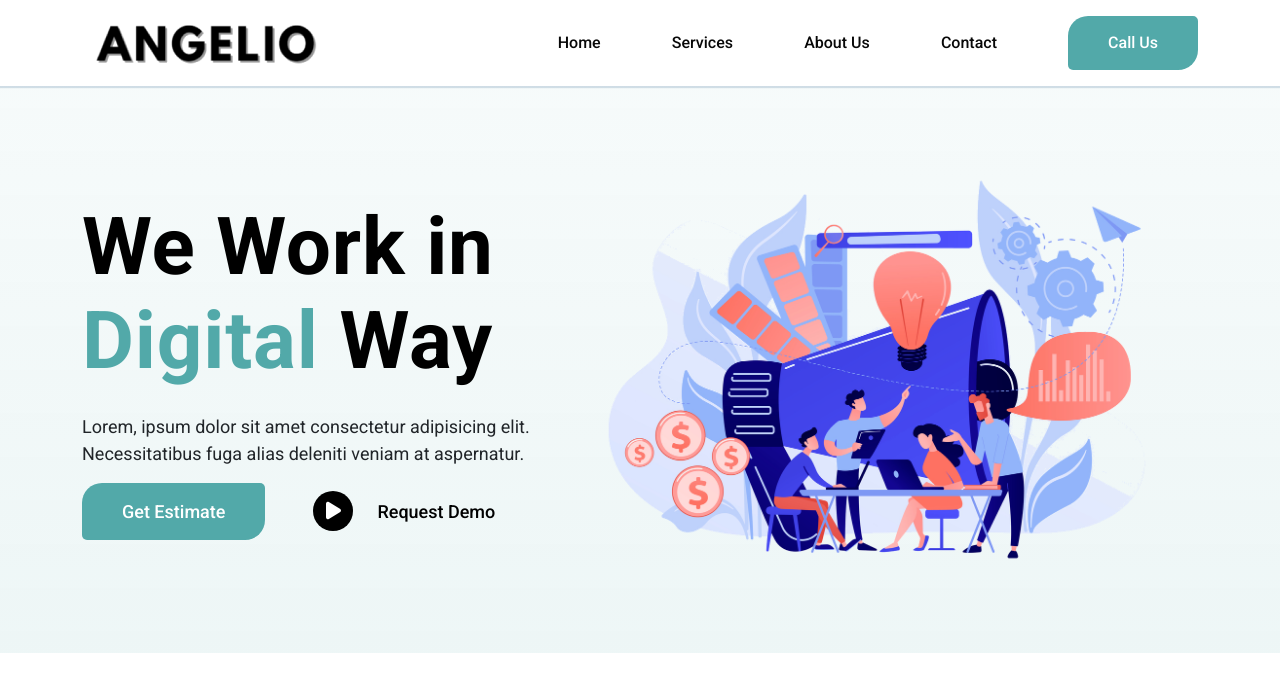
Repository: nazmulalok/landing-page-angelio
Page: index.html
An editor plug-in stored every save of this project. The page is shown before and after the next save, followed by the edit.
The browser window is 1280 px wide. The pictures show the whole page.

Above is the page before, as saved 2022-09-09 21:33:54.

### index.html
<!DOCTYPE html>
<html lang="en">

    <head>
        <meta charset="UTF-8">
        <meta http-equiv="X-UA-Compatible" content="IE=edge">
        <meta name="viewport" content="width=device-width, initial-scale=1.0">
        <title>Landing Page</title>
        <link rel="preconnect" href="https://fonts.googleapis.com">
        <link rel="preconnect" href="https://fonts.gstatic.com" crossorigin>
        <link rel="stylesheet" href="https://cdnjs.cloudflare.com/ajax/libs/font-awesome/6.2.0/css/all.min.css"
            integrity="sha512-xh6O/CkQoPOWDdYTDqeRdPCVd1SpvCA9XXcUnZS2FmJNp1coAFzvtCN9BmamE+4aHK8yyUHUSCcJHgXloTyT2A=="
            crossorigin="anonymous" referrerpolicy="no-referrer" />
        <link
            href="https://fonts.googleapis.com/css2?family=Roboto:ital,wght@0,300;0,400;0,500;0,700;0,900;1,300;1,400;1,500;1,700;1,900&display=swap"
            rel="stylesheet">
        <link href="https://cdn.jsdelivr.net/npm/bootstrap@5.2.0/dist/css/bootstrap.min.css" rel="stylesheet"
            integrity="sha384-gH2yIJqKdNHPEq0n4Mqa/HGKIhSkIHeL5AyhkYV8i59U5AR6csBvApHHNl/vI1Bx" crossorigin="anonymous">
        <link rel="stylesheet" href="style.css">
    </head>

    <body>
        <header>
            <nav>
                <div class="container">
                    <div class="row align-items-center">
                        <div class="col-lg-5">
                            <div class="logo">
                                <a href="/"><img src="images/angelio-logo.png" alt="Angelio Logo" width="250"
                                        height="66"></a>
                            </div>
                        </div>
                        <div class="col-lg-7 d-flex justify-content-end">
                            <ul>
                                <li><a href="/">Home</a></li>
                                <li><a href="/services.html">Services</a></li>
                                <li><a href="/about-us.html">About Us</a></li>
                                <li><a href="/contact.html">Contact</a></li>
                                <li class="nav-cta"><a href="tel:000-000-0000">Call Us</a></li>
                            </ul>
                        </div>
                    </div>
                </div>
            </nav>
        </header>
        <section class="sec-padding banner-sec">
            <div class="container">
                <div class="row align-items-center">
                    <div class="col-lg-7 order-lg-last">
                        <img src="images/angelio-digital-marketing.png" alt="">
                    </div>
                    <div class="col-lg-5">
                        <div class="large-heading">We Work in <span class="color-text">Digital</span> Way</div>
                        <p>Lorem, ipsum dolor sit amet consectetur adipisicing elit. Necessitatibus fuga alias deleniti
                            veniam at aspernatur.</p>
                        <div class="d-flex align-items-center"><a href="/contact-us" class="main-btn me-5">Get
                                Estimate</a>
                            <a href="/contact-us" class="play-btn"><i class="fas fa-play me-4"></i>Request Demo</a>
                        </div>
                    </div>
                </div>
            </div>
        </section>


        <script src="https://cdn.jsdelivr.net/npm/bootstrap@5.2.0/dist/js/bootstrap.bundle.min.js"
            integrity="sha384-A3rJD856KowSb7dwlZdYEkO39Gagi7vIsF0jrRAoQmDKKtQBHUuLZ9AsSv4jD4Xa"
            crossorigin="anonymous"></script>
    </body>

</html>

### style.css
:root {
    --primary-color: #52a9a9;
    --secondary-color: #000000;
    --main-font: 'Roboto', sans-serif;
}

body {
    font-family: var(--main-font);
}

nav {
    padding: 10px 0px;
    box-shadow: 0 1px 1px 1px #14477e2b;
}

nav ul {
    list-style-type: none;
    display: flex;
    justify-content: flex-end;
    margin: 0;
    padding: 0;
    align-items: center;
    gap: 20%;
    white-space: nowrap;
}

nav ul li a {
    color: #080808;
    text-decoration: none;
    display: block;
    position: relative;
    font-weight: 500;
}

nav ul li a:hover {
    color: #52a9a9;
}

li.nav-cta a {
    background: #008080ad;
    padding: 15px 40px;
    color: #fff;
    border-radius: 20px 5px;
    transition: all 0.3s ease;
}

li.nav-cta a:hover {
    background: #000;
    color: #fff;
    border-radius: 5px 20px;
    transition: all 0.3s ease;
}

li.nav-cta a:before {
    content: "";
    width: 0%;
    height: 0px;
    position: absolute;
    left: 0;
    bottom: 0;
    transition: none;
    transform: none;
    background: none;
    transform-origin: 0%;
}

li.nav-cta a:hover:before {
    transform: none;
    transform-origin: 0%;
}

nav ul li a:before {
    content: "";
    width: 100%;
    height: 2px;
    position: absolute;
    left: 0;
    bottom: 0;
    transition: 0.4s transform ease;
    transform: scale3d(0, 1, 1);
    background: #52a9a9;
    transform-origin: 100% 50%;
}

nav ul li a:hover::before {
    transform: scale3d(1, 1, 1);
    transform-origin: 0 50%;
}

.sec-padding {
    padding: 70px 0px;
}

.banner-sec {
    background-image: linear-gradient(rgb(82 169 169 / 5%), rgb(82 169 169 / 10%));
    background-size: cover;
    background-position: center;
}

.banner-sec img {
    width: 100%;
}

.large-heading {
    font-size: 80px;
    color: #000;
    font-weight: 600;
    letter-spacing: 0.8px;
    line-height: normal;
    margin-bottom: 25px;
}

.banner-sec p {
    font-size: 18px;
}

.color-text {
    color: var(--primary-color);
}

a.main-btn {
    color: #fff;
    background: #52a9a9;
    padding: 15px 40px;
    font-weight: 500;
    font-size: 18px;
    text-decoration: none;
    border-radius: 20px 5px;
    transition: all 0.3s ease;
}

a.main-btn:hover {
    background: #000;
    color: #fff;
    border-radius: 5px 20px;
    transition: all 0.3s ease;
}

a.play-btn {
    display: inline-flex;
    align-items: center;
    justify-content: center;
    color: #000;
    text-decoration: none;
    font-weight: 500;
    font-size: 18px;
}

.play-btn .fa-play {
    width: 40px;
    height: 40px;
    color: #fff;
    font-size: 20px;
    background: #000;
    display: inline-flex;
    align-items: center;
    justify-content: center;
    border-radius: 50%;
    transition: all 0.3s ease;
}

After the next save:
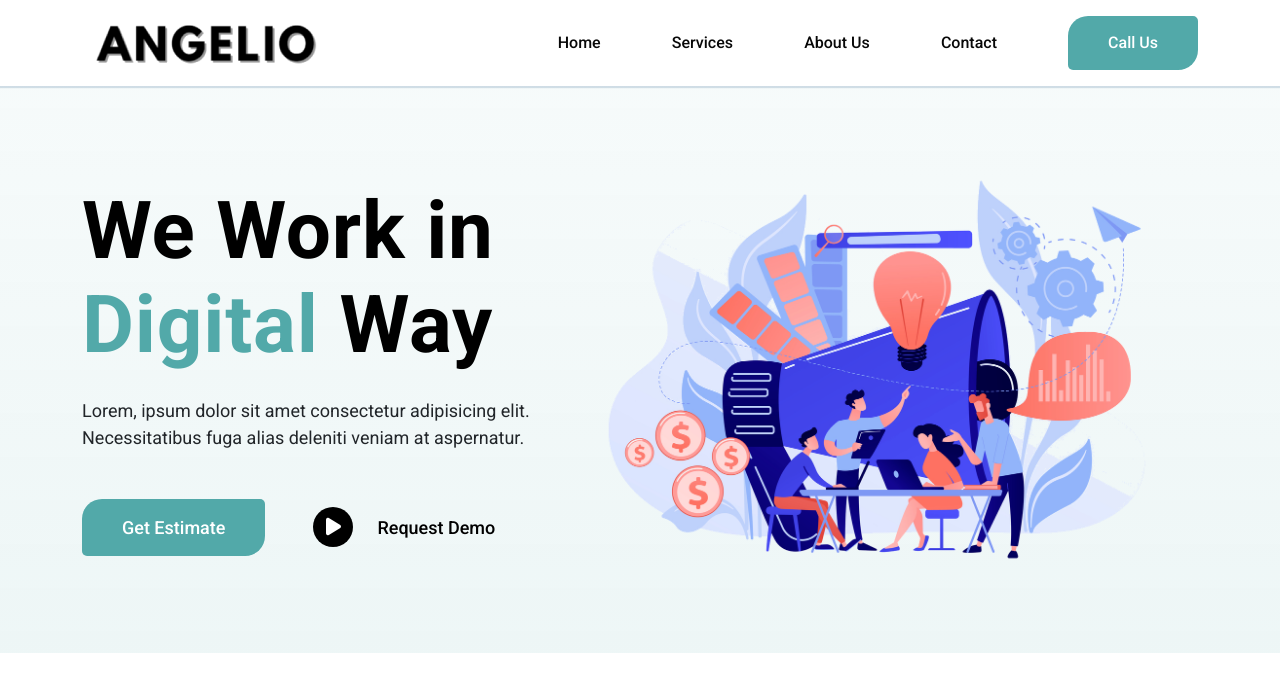
Saved 114 s later.
--- a/index.html
+++ b/index.html
@@ -53,7 +53,7 @@
                         <div class="large-heading">We Work in <span class="color-text">Digital</span> Way</div>
                         <p>Lorem, ipsum dolor sit amet consectetur adipisicing elit. Necessitatibus fuga alias deleniti
                             veniam at aspernatur.</p>
-                        <div class="d-flex align-items-center"><a href="/contact-us" class="main-btn me-5">Get
+                        <div class="d-flex align-items-center mt-5"><a href="/contact-us" class="main-btn me-5">Get
                                 Estimate</a>
                             <a href="/contact-us" class="play-btn"><i class="fas fa-play me-4"></i>Request Demo</a>
                         </div>
